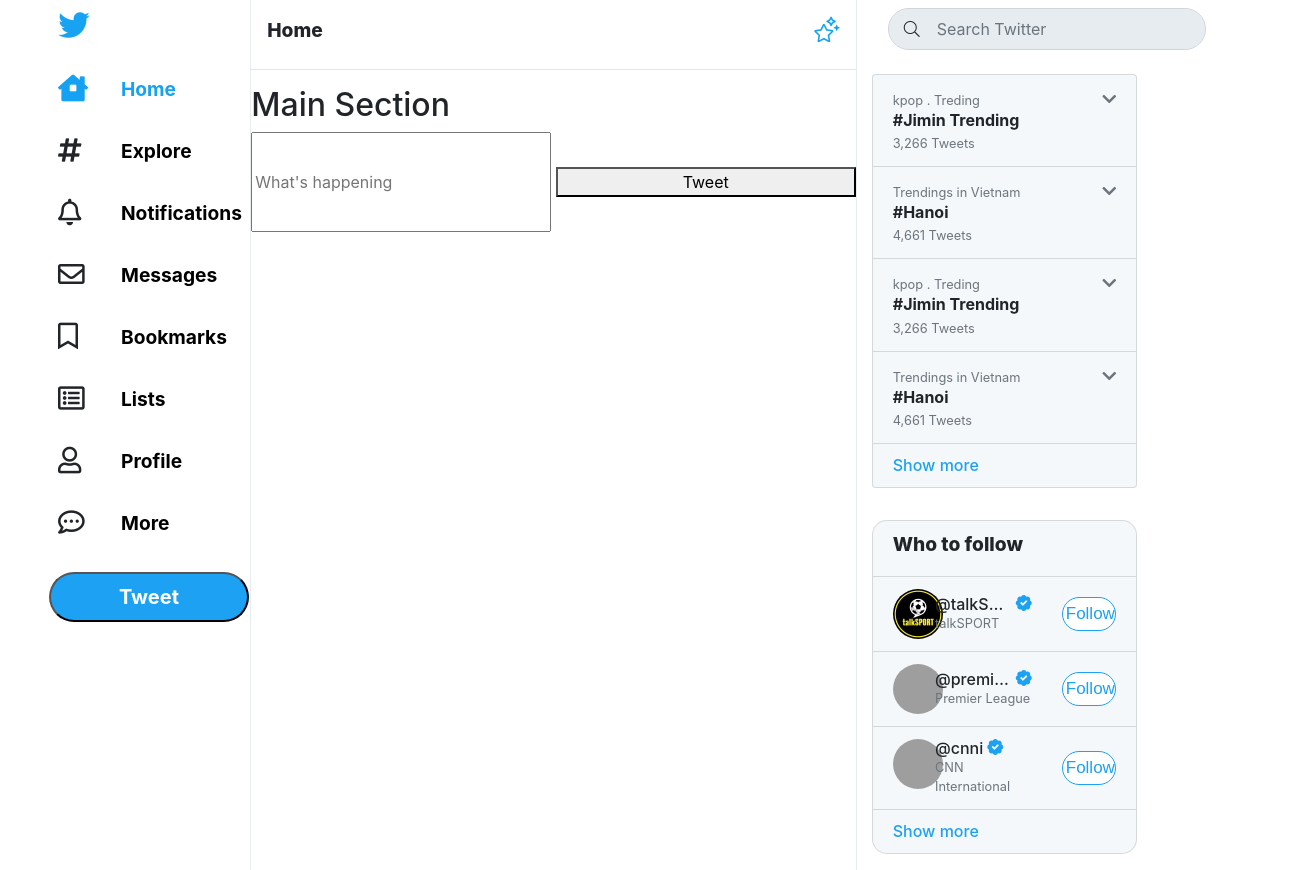
Repository: tts2610/Twitter-clone
Page: index.html
An editor plug-in stored every save of this project. The page is shown before and after the next save, followed by the edit.
The browser window is 1280 px wide. The page is 1280 px wide, then 1293 px, so the pictures cover 1293 px, including what lies to the right of the window. The pictures show the whole page.
Pictures or frames that could not be fetched are drawn as grey boxes.

Above is the page before, as saved 2020-05-23 15:09:55.

After the next save:
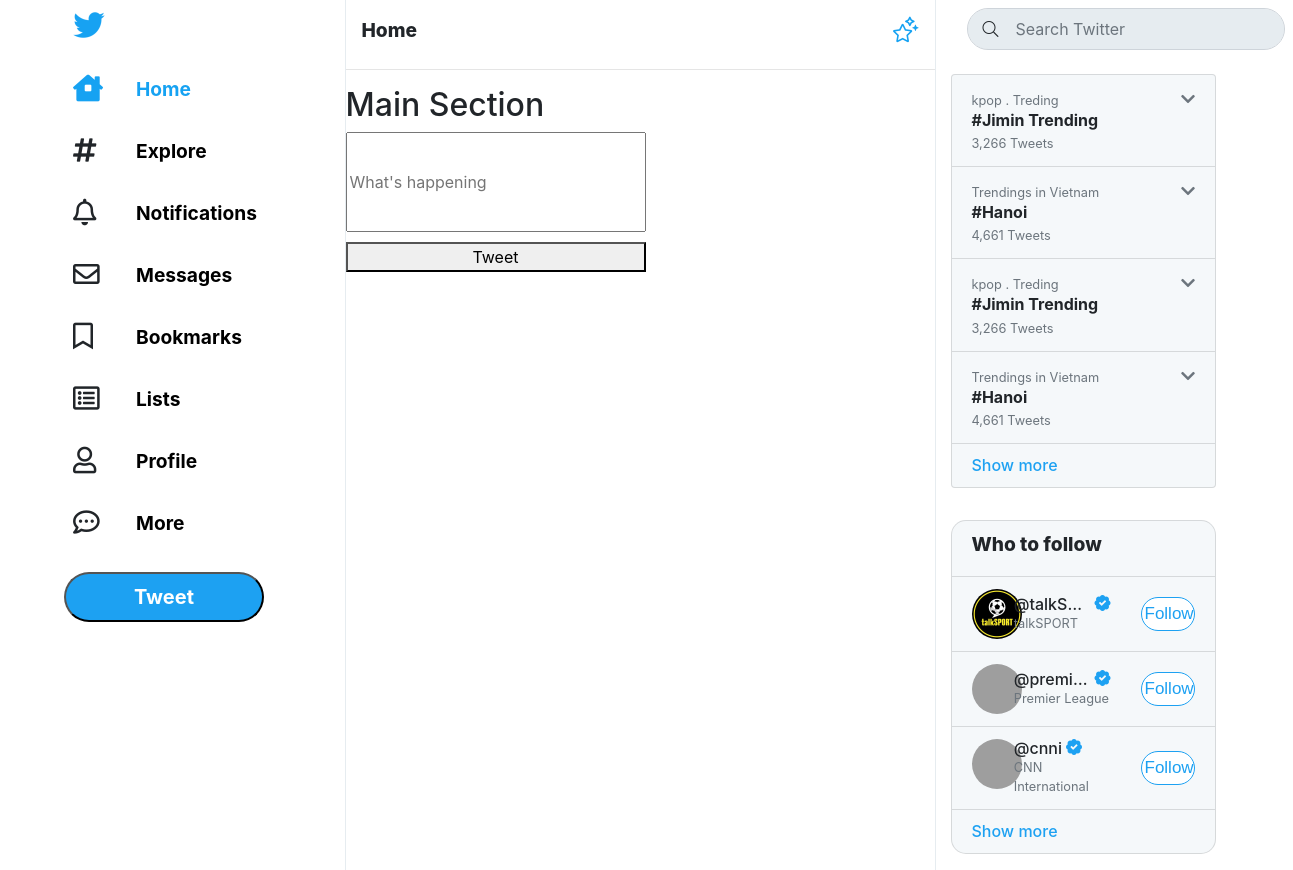
Saved 18 s later.
--- a/index.html
+++ b/index.html
@@ -27,7 +27,7 @@
 <body>
     <div class="container">
         <div class="row">
-            <div class="col-3-sm">
+            <div class="col-3">
                 <div class="row">
                     <div class="col"><img src="/img/twt-logo1.png" alt="twitter-logo" width="50" height="50"></div>
                 </div>
@@ -87,7 +87,7 @@
                 </div>
             </div>
 
-            <div class="col-6-sm" style="border-right: #e6ecf0 solid 1px; border-left: #e6ecf0 solid 1px; padding-left: 0px; padding-right: 0px;">
+            <div class="col-6" style="border-right: #e6ecf0 solid 1px; border-left: #e6ecf0 solid 1px; padding-left: 0px; padding-right: 0px;">
                 <nav class="navbar sticky-top navbar-light my-2" id="leftNav">
                     <span>Home</span>
                     <span style="color: #16a2f2;"><i class="fal fa-stars fa-lg"></i></span>
